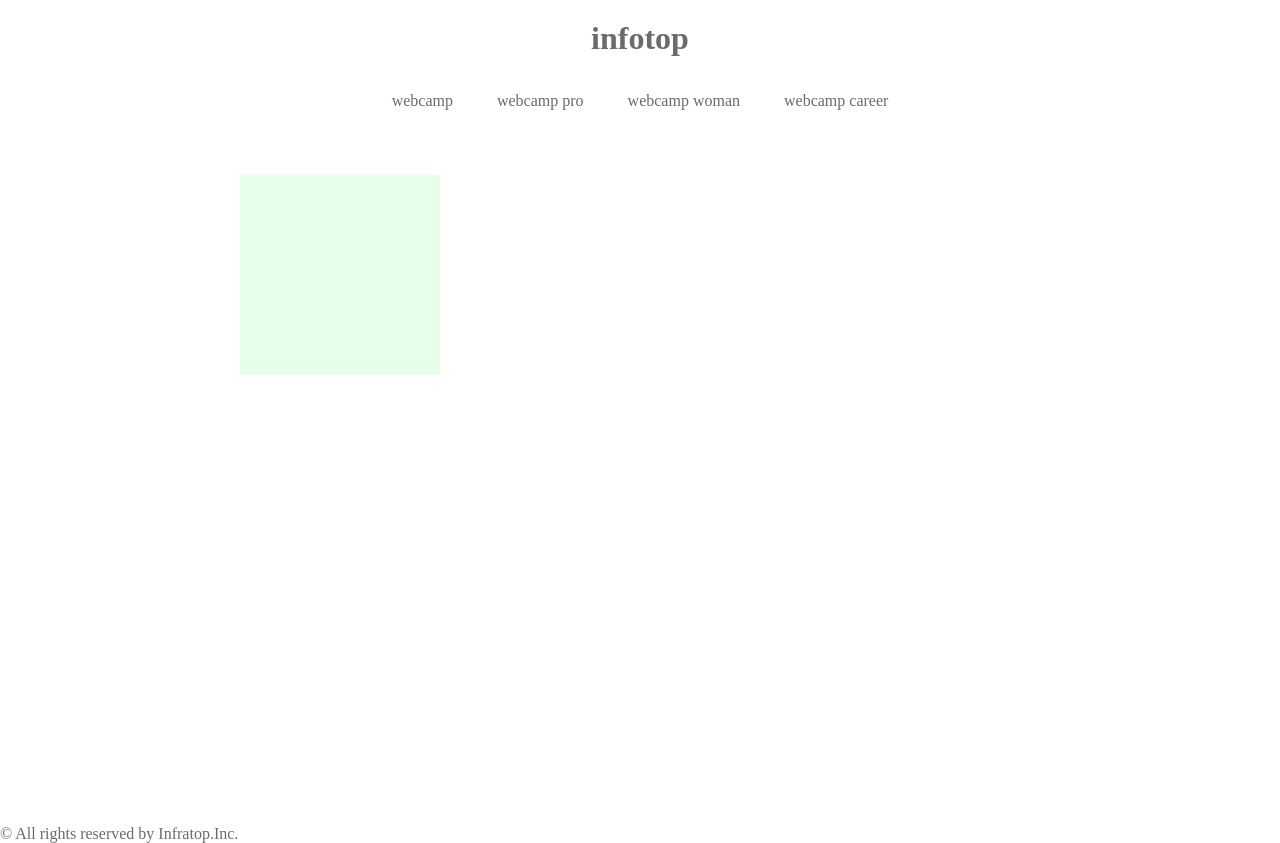
Repository: decknoboh/exercise1-8
Page: exercise1-5/index.html
The author's editor kept a record of every edit. The page is drawn from the files as they stood at one moment, then again after the next edit.
The browser window is 1280 px wide. The pictures show the whole page.

Above is the page before.

After the next edit:
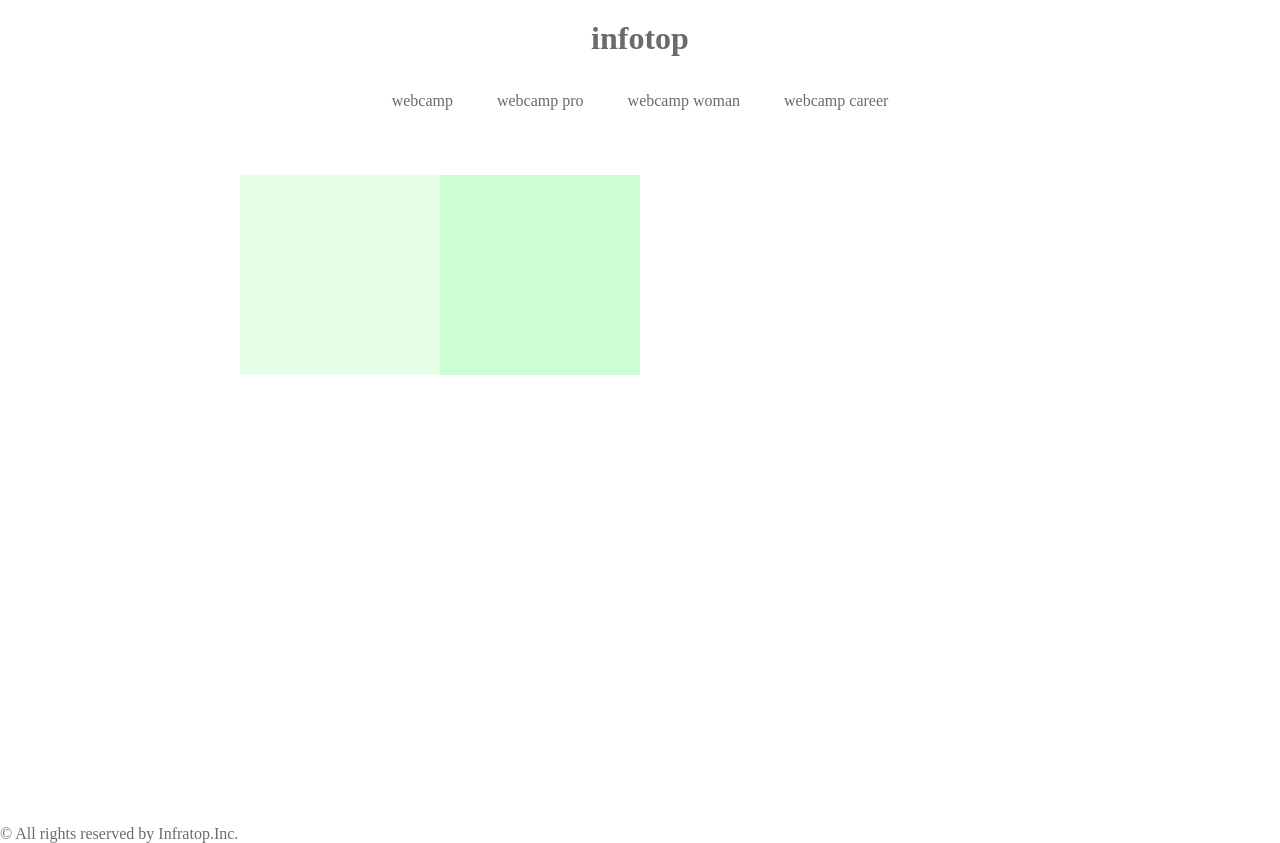
The edit:
--- a/exercise1-5/style.css
+++ b/exercise1-5/style.css
@@ -43,7 +43,7 @@
 .box2{
   width: 200px;
   height: 200px;
-  background-color:
+  background-color: #cbffd3;
 }
 
 .box3{
